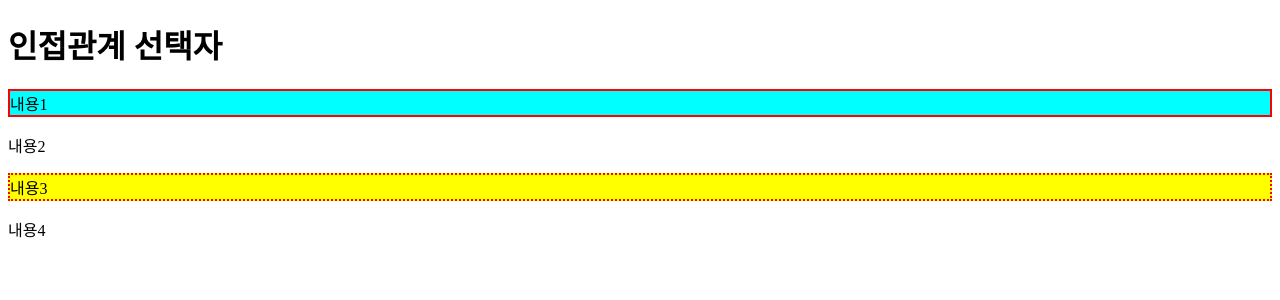
Repository: sanghui4542-ship-it/workspace_jquery
Page: jQuery/src/main/webapp/01문서객체선택자와조작법/jq_selec1_10.html
These files come from the project's save history. The page is drawn as it stood at one moment and after the next save; the edit follows.
The browser window is 1280 px wide. The pictures show the whole page.

Above is the page before, as saved 2026-07-06 03:39:57.

After the next save:
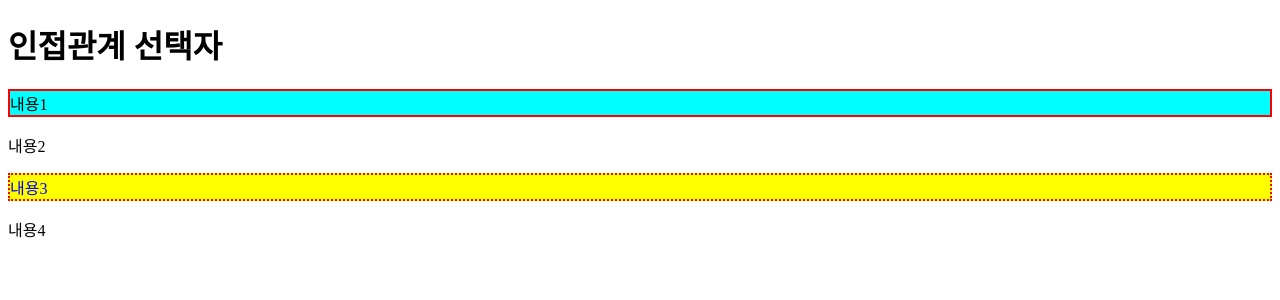
Saved 90 s later.
--- a/jQuery/src/main/webapp/01문서객체선택자와조작법/jq_selec1_10.html
+++ b/jQuery/src/main/webapp/01문서객체선택자와조작법/jq_selec1_10.html
@@ -40,7 +40,7 @@
 			*/
 			$(".txt").next().css(style_2);
 
-
+			$(".txt + p").css("color","blue");
 
 
 		</script>
